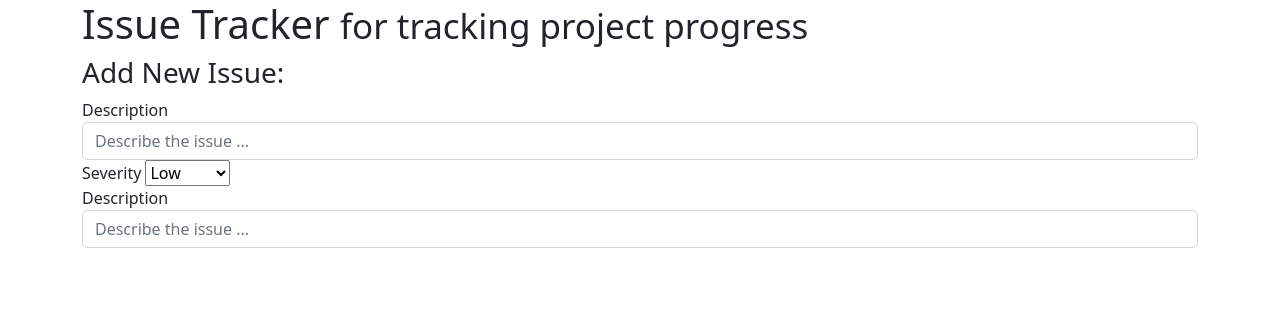
Repository: dvynchi/issue-tracker
Page: index.html
An editor plug-in stored every save of this project. The page is shown before and after the next save, followed by the edit.
The browser window is 1280 px wide. The pictures show the whole page.

Above is the page before, as saved 2022-08-19 12:00:20.

### index.html
<!DOCTYPE html>
<html lang="en">
<head>
    <meta charset="UTF-8">
    <!-- <meta http-equiv="X-UA-Compatible" content="IE=edge">
    <meta name="viewport" content="width=device-width, initial-scale=1.0"> -->
    <title>Issue Tracker</title>
    <link href="https://cdn.jsdelivr.net/npm/bootstrap@5.2.0/dist/css/bootstrap.min.css" rel="stylesheet" integrity="sha384-gH2yIJqKdNHPEq0n4Mqa/HGKIhSkIHeL5AyhkYV8i59U5AR6csBvApHHNl/vI1Bx" crossorigin="anonymous">


</head>
<body>

    <div class="container">
        <h1>Issue Tracker <small>for tracking project progress</small></h1>
        <!-- Input form -->
        <div class="jumbotron">
            <h3>Add New Issue:</h3>
            <form id="issueInputForm">
                <div class="form-group">
                    <label for="issueDescInput">Description</label>
                    <input type="text" class="form-control" id="issueDescInput" placeholder="Describe the issue ...">
                </div>

                <div class="form-group">
                    <label for="issueServrityInput">Severity</label>
                    <!-- dropdown list -->
                    <select id="issueSeverityInput">
                        <option value="Low">Low</option>
                        <option value="Medium">Medium</option>
                        <option value="High">High</option>
                    </select>

                </div>

                <div class="form-group">
                    <label for="issueDescInput">Description</label>
                    <input type="text" class="form-control" id="issueDescInput" placeholder="Describe the issue ...">
                </div>
            </form>
        </div>


    </div>









    <script src="main.js"></script>
    <!-- DEPENDENCIES -->
    <!-- Include chance library to generate unique id -->
    <script src="https://chancejs.com/chance.min.js"></script>
    <script src="https://cdn.jsdelivr.net/npm/bootstrap@5.2.0/dist/js/bootstrap.bundle.min.js" integrity="sha384-A3rJD856KowSb7dwlZdYEkO39Gagi7vIsF0jrRAoQmDKKtQBHUuLZ9AsSv4jD4Xa" crossorigin="anonymous"></script>
</body>
</html>

Loaded but not shown: main.js (no copy from this time; the picture is the same without it)

After the next save:
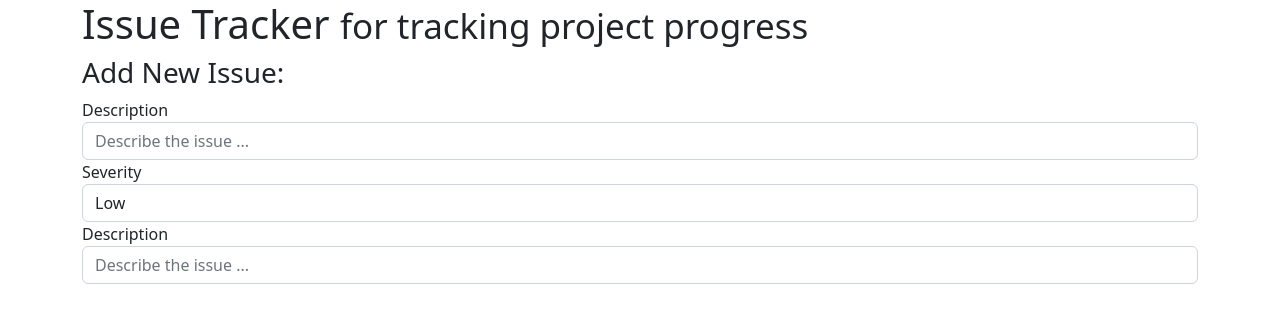
Saved 40 s later.
--- a/index.html
+++ b/index.html
@@ -25,7 +25,7 @@
                 <div class="form-group">
                     <label for="issueServrityInput">Severity</label>
                     <!-- dropdown list -->
-                    <select id="issueSeverityInput">
+                    <select id="issueSeverityInput" class="form-control">
                         <option value="Low">Low</option>
                         <option value="Medium">Medium</option>
                         <option value="High">High</option>
